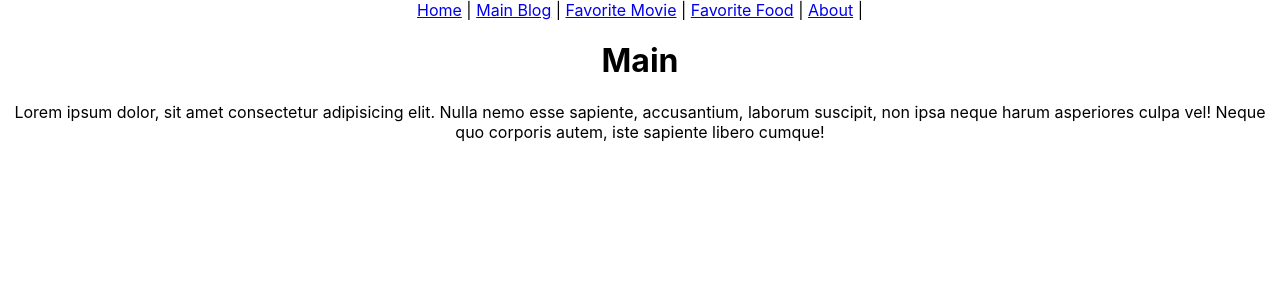
Repository: cerebrium/blogreact
Page: /mainblog
An editor plug-in stored every save of this project. The page is shown before and after a run of saves, followed by the edit.
The browser window is 1280 px wide. The pictures show the whole page.
The project was rebuilt for these pictures with package versions that can differ from the ones it lists, and the page was loaded fresh each time. Also part of the build but not shown: src/Home.jsx, src/FavoriteMovie.jsx, src/FavoriteFood.jsx, src/About.jsx.

Above is the page before, as saved 2019-10-31 16:50:29.

After the next 3 saves:
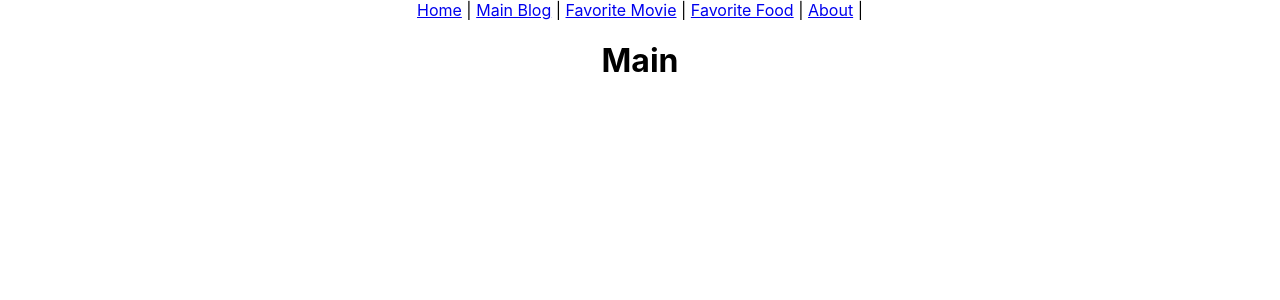
The 3 saves are shown as one change because 2 did not build or start.
The last was saved 47 s later.
--- a/src/Mainblog.jsx
+++ b/src/Mainblog.jsx
@@ -1,11 +1,11 @@
 import React from 'react';
 
-function Home () {
+function Home (props) {
 
     return (
         <>
             <h1>Main</h1>
-            <p>Lorem ipsum dolor, sit amet consectetur adipisicing elit. Nulla nemo esse sapiente, accusantium, laborum suscipit, non ipsa neque harum asperiores culpa vel! Neque quo corporis autem, iste sapiente libero cumque!</p>
+            {props.quote}
         </>
     )
 }
